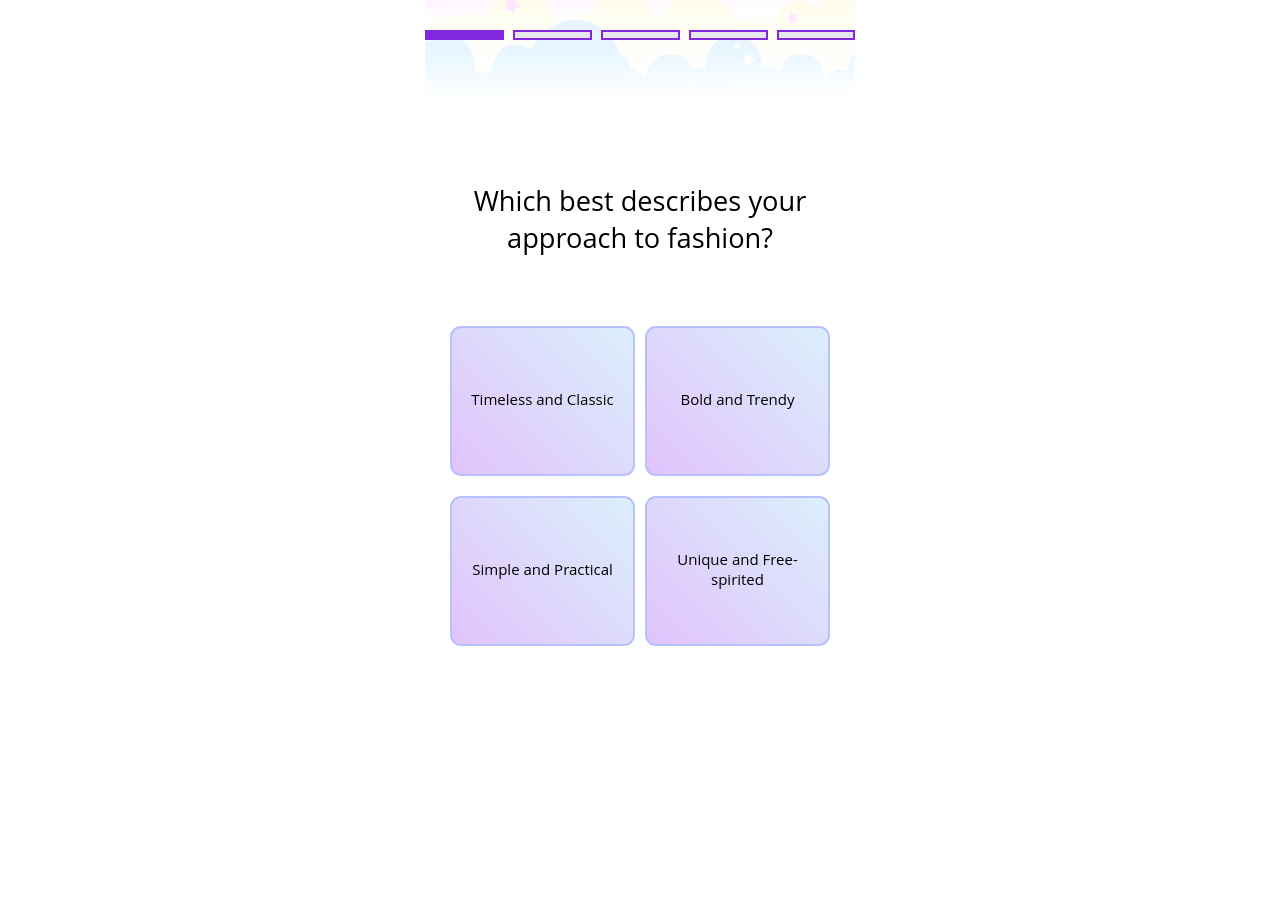
Repository: navnneett/clotho
Page: /QuestionOne
An editor plug-in stored every save of this project. The page is shown before and after the next save, followed by the edit.
The browser window is 1280 px wide. The pictures show the whole page.
The project was rebuilt for these pictures with package versions that can differ from the ones it lists, and the page was loaded fresh each time. The framework's server and built-in components were replaced by stand-ins that run in the browser. Also part of the build but not shown: next.config.js, next.config.mjs, styles/QuestionTwo.module.css, components/Button/Button.module.css, components/Button/index.js, pages/QuestionTwo.js, styles/QuestionThree.module.css, pages/QuestionThree.js and 10 more.

Above is the page before, as saved 2024-05-04 14:15:00.

After the next save:
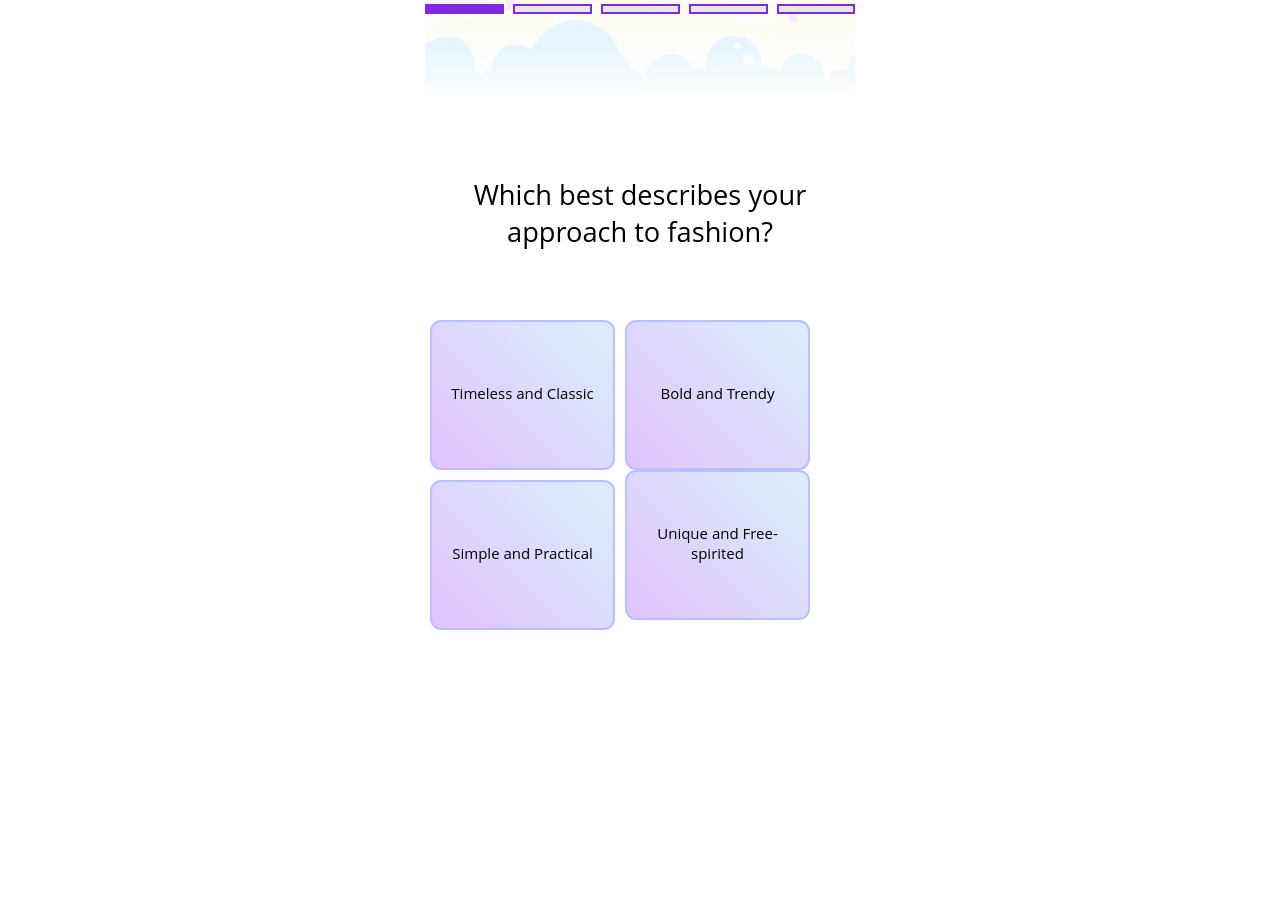
Saved 59 min 26 s later.
--- a/pages/QuestionOne.js
+++ b/pages/QuestionOne.js
@@ -10,20 +10,21 @@
 
 export default function QuestionOne() {
     const [currentQuestion, setCurrentQuestion] = useState(1);
-    const [selectedAnswers, setSelectedAnswers] = useState([]);
-    const [quizCompleted, setQuizCompleted] = useState(false);
+    const [selectedAnswers, setSelectedAnswers] = useState({});
 
-    const handleAnswerSelection = (answer) => {
-        setSelectedAnswers([...selectedAnswers, answer]);
+    const handleAnswerSelection = (question, answer) => {
+        setSelectedAnswers({ ...selectedAnswers, [question]: answer });
     };
 
     const handleNextQuestion = () => {
         if (currentQuestion < 5) {
             setCurrentQuestion(currentQuestion + 1);
         } else {
-            setQuizCompleted(true);
+            console.log("Quiz Completed");
         }
     };
+
+    const isSelected = (question, answer) => selectedAnswers[question] === answer;
 
     return (
         <>
@@ -34,24 +35,39 @@
                         alt="Progress Indicator question 1"
                         width={430}
                         height={10}
-                        className={styles.imageOne}
                     />
                     <div className={styles.contentContainer}>
-                        <div className={styles.optionContainer}>
-                            <p className={styles.openSansText} tabIndex={1}>Which best describes your approach to fashion?</p>
-                            <div className={styles.optionRowOne}>
-                                <ButtonTwo onClick={() => handleAnswerSelection('A')} title="Timeless and Classic" className={styles.optionRowInnerOne} tabIndex={2}/>
-                                <ButtonTwo onClick={() => handleAnswerSelection('B')} title="Bold and Trendy" className={styles.optionRowInnerTwo} tabIndex={3}/>
-                            </div>
-                            <div className={styles.optionRowTwo}>
-                                <ButtonTwo onClick={() => handleAnswerSelection('C')} title="Simple and Practical" className={styles.optionRowInnerThree} tabIndex={4}/>
-                                <ButtonTwo onClick={() => handleAnswerSelection('D')} title="Unique and Free-spirited" className={styles.optionRowInnerFour} tabIndex={5}/>
-                            </div>
-                            <div className={styles.nextButtonContainer}>
-                                {selectedAnswers.length > 0 && (
-                                    <Button onClick={handleNextQuestion} title="Next" className={styles.nextButton} tabIndex={6}/>
-                                )}
-                            </div>
+                        <p className={styles.openSansText} tabIndex={1}>Which best describes your approach to fashion?</p>
+                        <div className={styles.optionRow}>
+                            <ButtonTwo
+                                onClick={() => handleAnswerSelection(1, 'A')}
+                                title="Timeless and Classic"
+                                className={isSelected(1, 'A') ? styles.selected : styles.option}
+                                tabIndex={2}
+                            />
+                            <ButtonTwo
+                                onClick={() => handleAnswerSelection(1, 'B')}
+                                title="Bold and Trendy"
+                                className={isSelected(1, 'B') ? styles.selected : styles.option}
+                                tabIndex={3}
+                            />
+                            <ButtonTwo
+                                onClick={() => handleAnswerSelection(1, 'C')}
+                                title="Simple and Practical"
+                                className={isSelected(1, 'C') ? styles.selected : styles.option}
+                                tabIndex={4}
+                            />
+                            <ButtonTwo
+                                onClick={() => handleAnswerSelection(1, 'D')}
+                                title="Unique and Free-spirited"
+                                className={isSelected(1, 'D') ? styles.selected : styles.option}
+                                tabIndex={5}
+                            />
+                        </div>
+                        <div className={styles.nextButtonContainer}>
+                            {selectedAnswers[1] && (
+                                <Button onClick={handleNextQuestion} title="Next" className={styles.nextButton} tabIndex={6} />
+                            )}
                         </div>
                     </div>
                 </div>

After the save that followed:
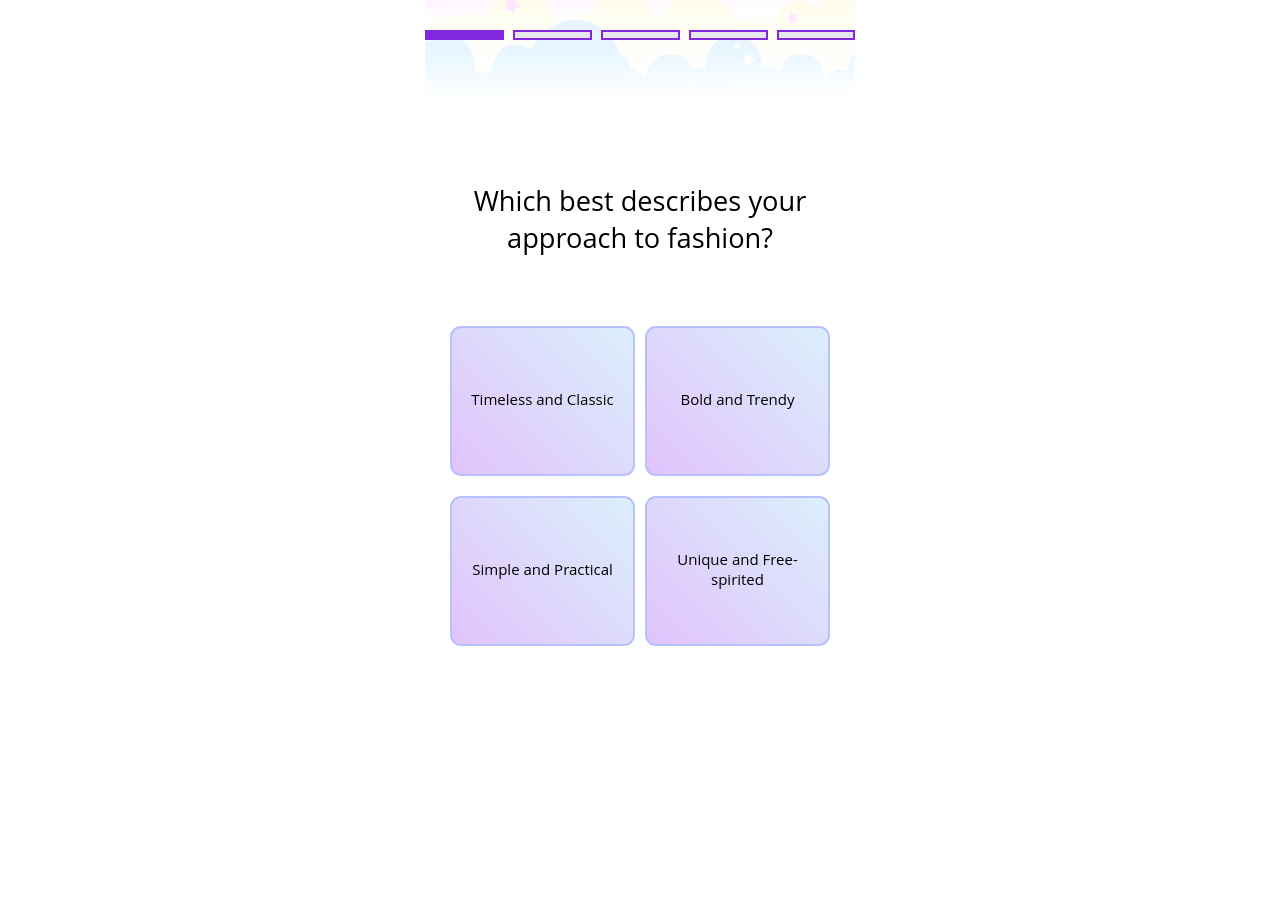
Saved 26 s later.
--- a/pages/QuestionOne.js
+++ b/pages/QuestionOne.js
@@ -10,21 +10,20 @@
 
 export default function QuestionOne() {
     const [currentQuestion, setCurrentQuestion] = useState(1);
-    const [selectedAnswers, setSelectedAnswers] = useState({});
+    const [selectedAnswers, setSelectedAnswers] = useState([]);
+    const [quizCompleted, setQuizCompleted] = useState(false);
 
-    const handleAnswerSelection = (question, answer) => {
-        setSelectedAnswers({ ...selectedAnswers, [question]: answer });
+    const handleAnswerSelection = (answer) => {
+        setSelectedAnswers([...selectedAnswers, answer]);
     };
 
     const handleNextQuestion = () => {
         if (currentQuestion < 5) {
             setCurrentQuestion(currentQuestion + 1);
         } else {
-            console.log("Quiz Completed");
+            setQuizCompleted(true);
         }
     };
-
-    const isSelected = (question, answer) => selectedAnswers[question] === answer;
 
     return (
         <>
@@ -35,39 +34,24 @@
                         alt="Progress Indicator question 1"
                         width={430}
                         height={10}
+                        className={styles.imageOne}
                     />
                     <div className={styles.contentContainer}>
-                        <p className={styles.openSansText} tabIndex={1}>Which best describes your approach to fashion?</p>
-                        <div className={styles.optionRow}>
-                            <ButtonTwo
-                                onClick={() => handleAnswerSelection(1, 'A')}
-                                title="Timeless and Classic"
-                                className={isSelected(1, 'A') ? styles.selected : styles.option}
-                                tabIndex={2}
-                            />
-                            <ButtonTwo
-                                onClick={() => handleAnswerSelection(1, 'B')}
-                                title="Bold and Trendy"
-                                className={isSelected(1, 'B') ? styles.selected : styles.option}
-                                tabIndex={3}
-                            />
-                            <ButtonTwo
-                                onClick={() => handleAnswerSelection(1, 'C')}
-                                title="Simple and Practical"
-                                className={isSelected(1, 'C') ? styles.selected : styles.option}
-                                tabIndex={4}
-                            />
-                            <ButtonTwo
-                                onClick={() => handleAnswerSelection(1, 'D')}
-                                title="Unique and Free-spirited"
-                                className={isSelected(1, 'D') ? styles.selected : styles.option}
-                                tabIndex={5}
-                            />
-                        </div>
-                        <div className={styles.nextButtonContainer}>
-                            {selectedAnswers[1] && (
-                                <Button onClick={handleNextQuestion} title="Next" className={styles.nextButton} tabIndex={6} />
-                            )}
+                        <div className={styles.optionContainer}>
+                            <p className={styles.openSansText} tabIndex={1}>Which best describes your approach to fashion?</p>
+                            <div className={styles.optionRowOne}>
+                                <ButtonTwo onClick={() => handleAnswerSelection('A')} title="Timeless and Classic" className={styles.optionRowInnerOne} tabIndex={2}/>
+                                <ButtonTwo onClick={() => handleAnswerSelection('B')} title="Bold and Trendy" className={styles.optionRowInnerTwo} tabIndex={3}/>
+                            </div>
+                            <div className={styles.optionRowTwo}>
+                                <ButtonTwo onClick={() => handleAnswerSelection('C')} title="Simple and Practical" className={styles.optionRowInnerThree} tabIndex={4}/>
+                                <ButtonTwo onClick={() => handleAnswerSelection('D')} title="Unique and Free-spirited" className={styles.optionRowInnerFour} tabIndex={5}/>
+                            </div>
+                            <div className={styles.nextButtonContainer}>
+                                {selectedAnswers.length > 0 && (
+                                    <Button onClick={handleNextQuestion} title="Next" className={styles.nextButton} tabIndex={6}/>
+                                )}
+                            </div>
                         </div>
                     </div>
                 </div>
